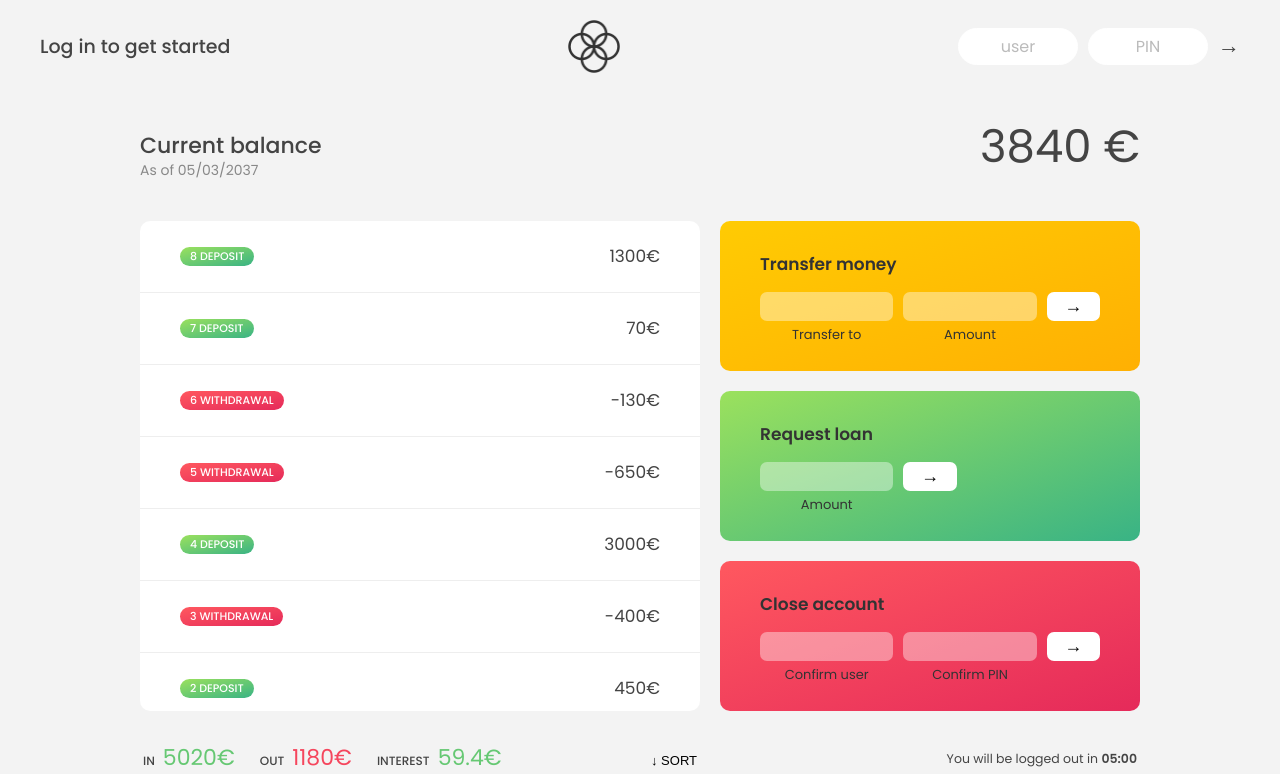
Repository: otvertka/jsc_11
Page: index.html
An editor plug-in stored every save of this project. The page is shown before and after the next save, followed by the edit.
The browser window is 1280 px wide. The pictures show the whole page.
An inner scrolling area shows only its first screen.

Above is the page before, as saved 2023-02-03 14:46:59.

After the next save:
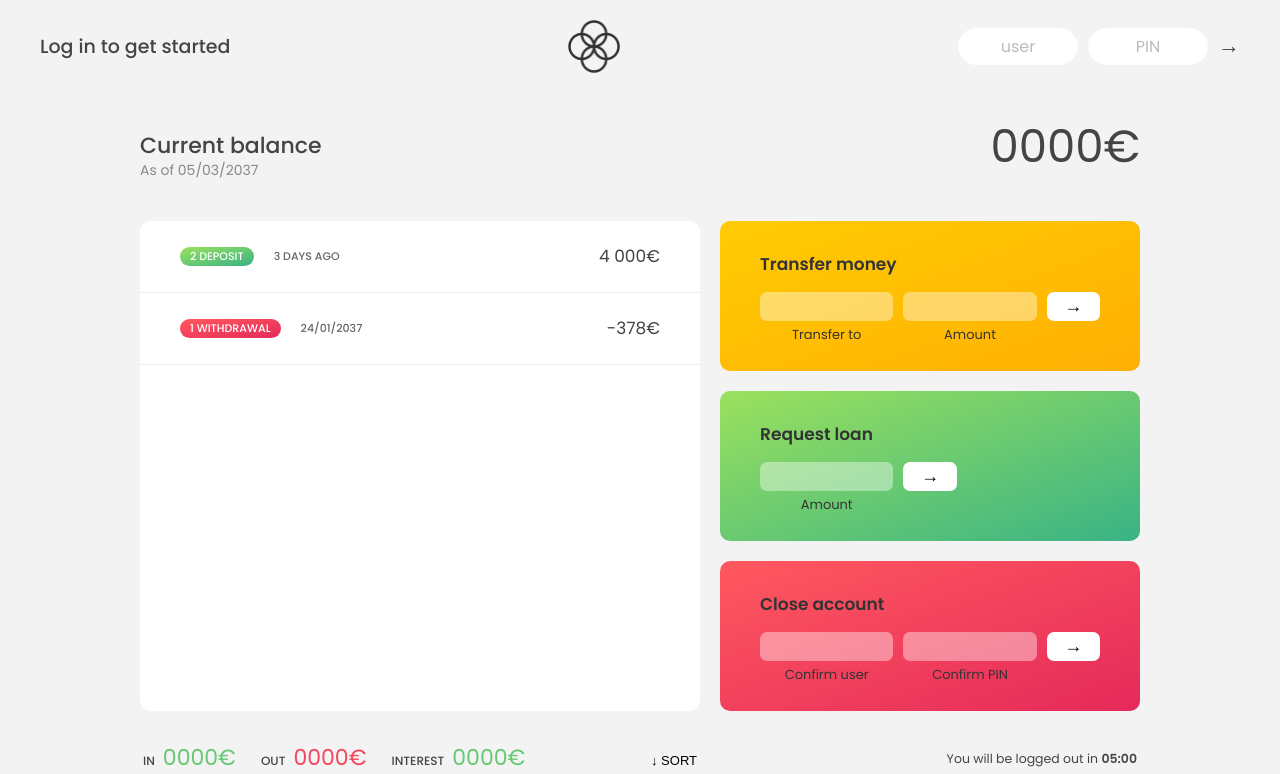
Console error: SyntaxError: Identifier 'calcAverageHumanAge' has already been declared
Saved 20 h 0 min later.
--- a/script.js
+++ b/script.js
@@ -321,19 +321,22 @@
 // console.log(averageAge);
 
 // ///// ////////// ///////// //     CHALANGE # 2  JONAS VERS!!!!!
-// const calcAverageHumanAge = function (ages) {
-//   const humanAges = ages.map(age => (age <= 2 ? 2 * age : 16 + age * 4));
-//   const adults = humanAges.filter(age => age >= 18);
-//   const average = adults.reduce((accum, age) => accum + age, 0) / adults.length;
-//   // аналогично можно так сразу делить  2, 3 (2+3)/2 = 2.5 === 2/2 +3/2 = 2.5;
-//   // const averag = adults.reduce((acc, age, i, arr) => acc +age/ arr.length, 0);
-//   console.log(average);
-//   return average;
-// };
-// const avg1 = calcAverageHumanAge([5, 2, 4, 1, 15, 8, 3]);
-// const avg2 = calcAverageHumanAge([16, 6, 10, 5, 6, 1, 4]);
-// console.log(age);
-
+const calcAverageHumanAge = function (ages) {
+  const humanAges = ages.map(age => (age <= 2 ? 2 * age : 16 + age * 4));
+  const adults = humanAges.filter(age => age >= 18);
+  const average = adults.reduce((accum, age) => accum + age, 0) / adults.length;
+  // аналогично можно так сразу делить  2, 3 (2+3)/2 = 2.5 === 2/2 +3/2 = 2.5;
+  // const averag = adults.reduce((acc, age, i, arr) => acc +age/ arr.length, 0);
+  console.log(average);
+  return average;
+};
+const avg1 = calcAverageHumanAge([5, 2, 4, 1, 15, 8, 3]);
+const avg2 = calcAverageHumanAge([16, 6, 10, 5, 6, 1, 4]);
+console.log(age);
+
+const calcAverageHumanAge = function (ages) => {
+  ages.map(age=> (age <=2 ? 2 *age : 16 + age *4)).filter(age => age >= 18).reduce((accum, age) => accum + age, 0) / ages.length;
+}
 ////////////////////////////
 
 // LECT 7. MAP method

After the 5 saves that followed:
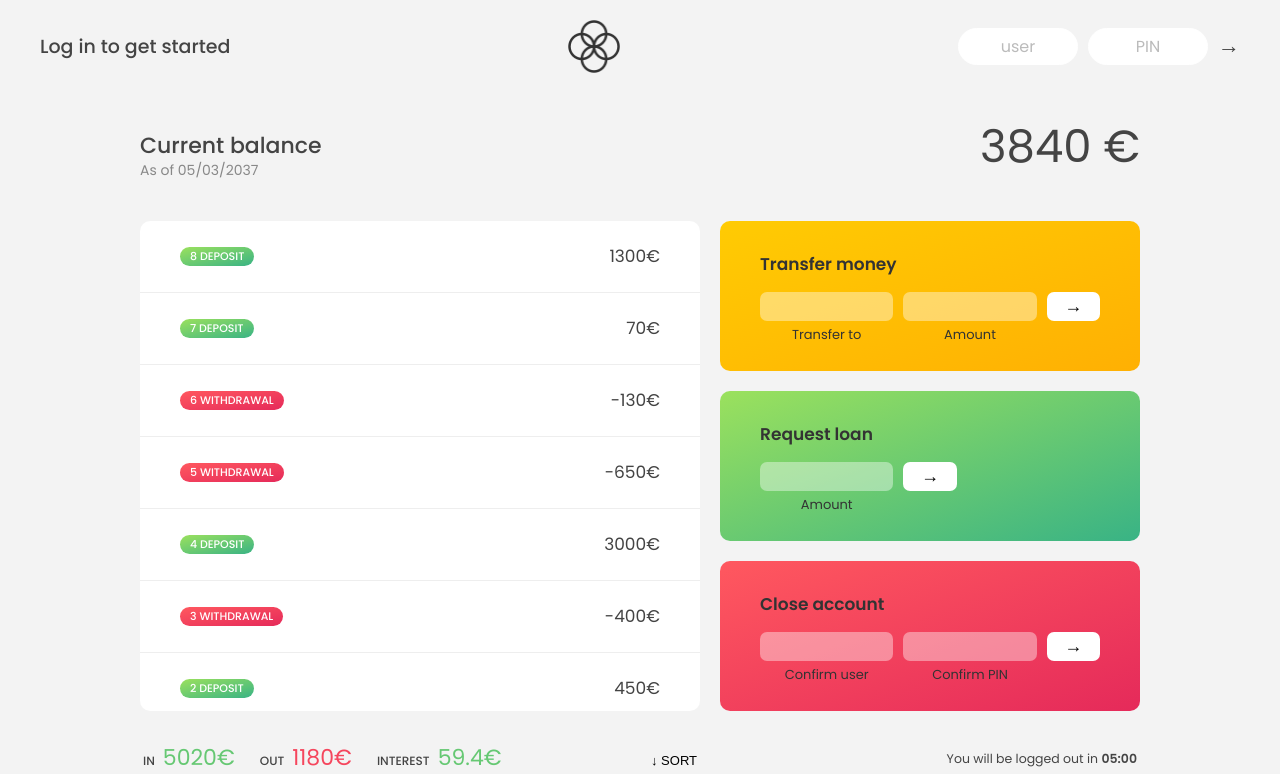
The error is gone.
The 5 saves are shown as one change because 4 left the picture as it was.
The last was saved 3 min 42 s later.
--- a/script.js
+++ b/script.js
@@ -321,22 +321,27 @@
 // console.log(averageAge);
 
 // ///// ////////// ///////// //     CHALANGE # 2  JONAS VERS!!!!!
-const calcAverageHumanAge = function (ages) {
-  const humanAges = ages.map(age => (age <= 2 ? 2 * age : 16 + age * 4));
-  const adults = humanAges.filter(age => age >= 18);
-  const average = adults.reduce((accum, age) => accum + age, 0) / adults.length;
-  // аналогично можно так сразу делить  2, 3 (2+3)/2 = 2.5 === 2/2 +3/2 = 2.5;
-  // const averag = adults.reduce((acc, age, i, arr) => acc +age/ arr.length, 0);
+// const calcAverageHumanAge = function (ages) {
+//   const humanAges = ages.map(age => (age <= 2 ? 2 * age : 16 + age * 4));
+//   const adults = humanAges.filter(age => age >= 18);
+//   const average = adults.reduce((accum, age) => accum + age, 0) / adults.length;
+//   // аналогично можно так сразу делить  2, 3 (2+3)/2 = 2.5 === 2/2 +3/2 = 2.5;
+//   // const averag = adults.reduce((acc, age, i, arr) => acc +age/ arr.length, 0);
+//   console.log(average);
+//   return average;
+// };
+// const avg1 = calcAverageHumanAge([5, 2, 4, 1, 15, 8, 3]);
+// const avg2 = calcAverageHumanAge([16, 6, 10, 5, 6, 1, 4]);
+// console.log(age);
+
+const calcAverageHumanAge = ages => {
+  ages
+    .map(age => (age <= 2 ? 2 * age : 16 + age * 4))
+    .filter(age => age >= 18)
+    .reduce((accum, age) => accum + age, 0) / ages.length;
   console.log(average);
   return average;
 };
-const avg1 = calcAverageHumanAge([5, 2, 4, 1, 15, 8, 3]);
-const avg2 = calcAverageHumanAge([16, 6, 10, 5, 6, 1, 4]);
-console.log(age);
-
-const calcAverageHumanAge = function (ages) => {
-  ages.map(age=> (age <=2 ? 2 *age : 16 + age *4)).filter(age => age >= 18).reduce((accum, age) => accum + age, 0) / ages.length;
-}
 ////////////////////////////
 
 // LECT 7. MAP method
